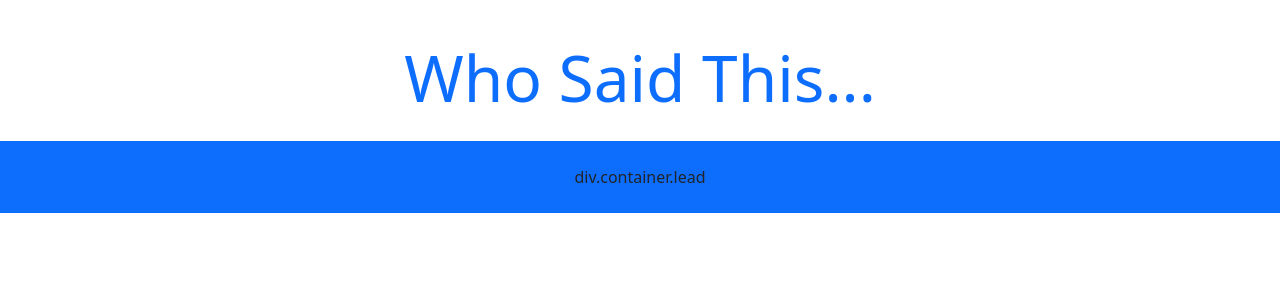
Repository: julihocc/netninja-quiz
Page: index.html
An editor plug-in stored every save of this project. The page is shown before and after a run of saves, followed by the edit.
The browser window is 1280 px wide. The pictures show the whole page.

Above is the page before, as saved 2022-09-27 19:09:14.

After the next 2 saves:
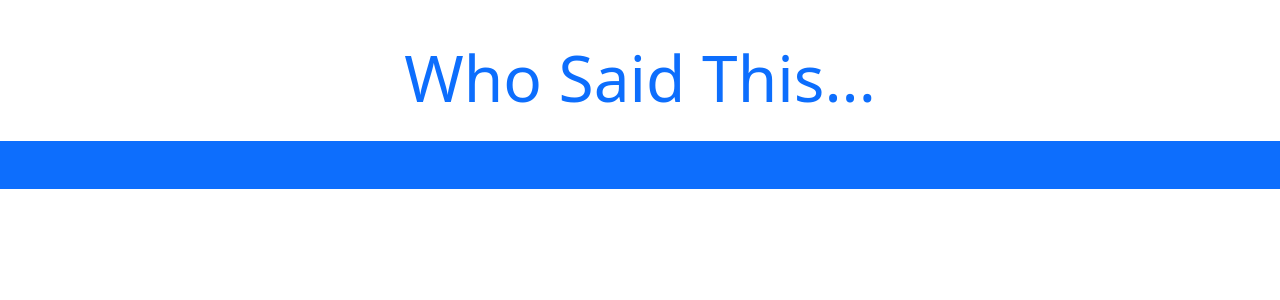
The 2 saves are shown as one change because they came seconds apart.
The last was saved 9 s later.
--- a/index.html
+++ b/index.html
@@ -23,7 +23,9 @@
         </div>
 
         <div class="quiz py-4 bg-primary">
-            div.container.lead
+            <div class="container lead">
+
+            </div>
         </div>
     <script src="app.js"></script>
 </body>
